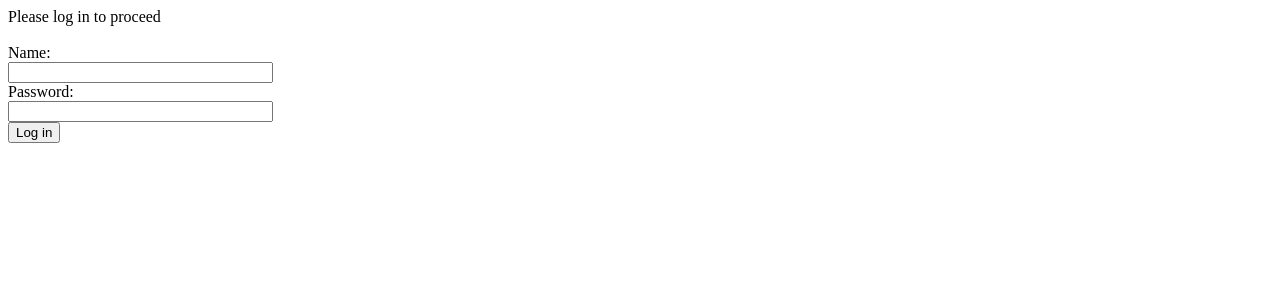
Repository: marcojansen/WebTechnologie2.1
Page: TheRoomRental/WebContent/login.html
The author's editor kept a copy of each file at every save. The page is drawn from the files as they stood at one save, then again after the next save.
The browser window is 1280 px wide. The pictures show the whole page.

Above is the page before, as saved 2014-09-02 11:32:16.

After the next save:
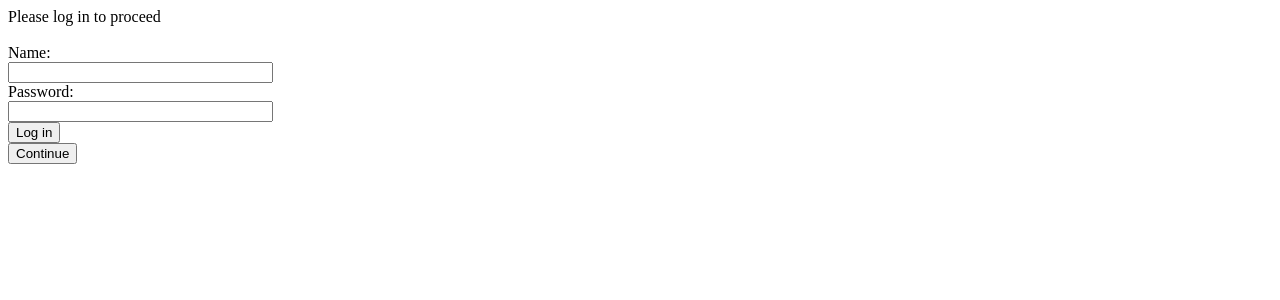
Saved 81 s later.
--- a/TheRoomRental/WebContent/login.html
+++ b/TheRoomRental/WebContent/login.html
@@ -12,5 +12,9 @@ Password: <BR> <Input TYPE="password" NAME="Password" SIZE="30"><BR>
 <input type="submit" value="Log in">
 </FORM>
 
+<form method="get" action="/register.html">
+    <button type="submit">Continue</button>
+</form>
+
 </body>
 </html>
